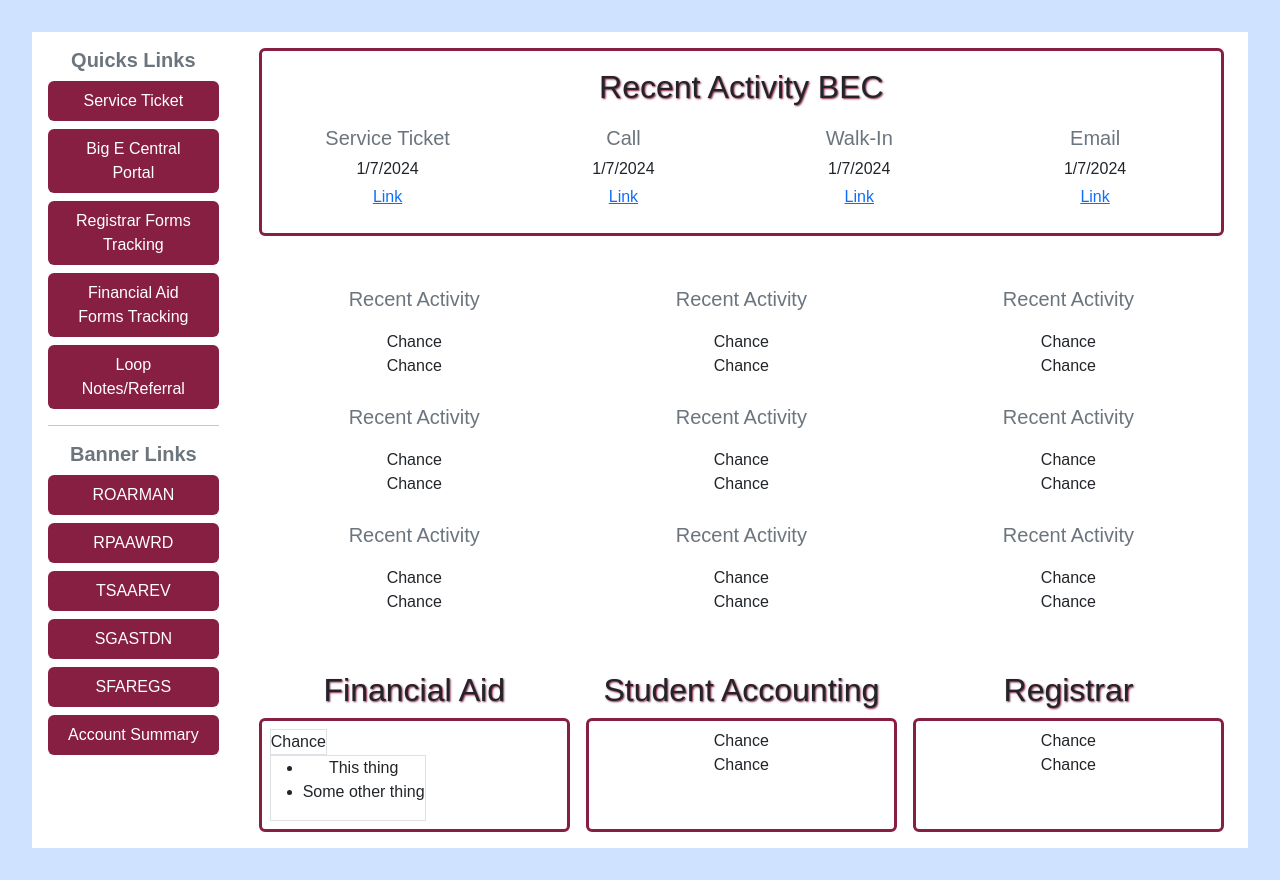
Repository: chancellor-w-whitaker/bec-tab
Page: /
An editor plug-in stored every save of this project. The page is shown before and after the next save, followed by the edit.
The browser window is 1280 px wide. The pictures show the whole page.
Some web fonts or font styles are not loaded; a fallback is used. The project was rebuilt for these pictures with package versions that can differ from the ones it lists, and the page was loaded fresh each time. Also part of the build but not shown: vite.config.js.

Above is the page before, as saved 2024-01-07 19:44:08.

### src/main.jsx
// Bootstrap Bundle JS
import "bootstrap/dist/js/bootstrap.bundle.min";
// Bootstrap CSS
import "bootstrap/dist/css/bootstrap.min.css";
import ReactDOM from "react-dom/client";
import React from "react";

import App from "./App.jsx";
import "./index.css";

ReactDOM.createRoot(document.getElementById("root")).render(
  <React.StrictMode>
    <App />
  </React.StrictMode>
);

### src/App.jsx
import { useEffect } from "react";

import "./App.css";

const genericSentences = [
  `It is a long established fact that a reader will be distracted by the readable content of a page when looking at its layout.`,
  `The point of using Lorem Ipsum is that it has a more-or-less normal distribution of letters, as opposed to using 'Content here, content here', making it look like readable English.`,
  `Many desktop publishing packages and web page editors now use Lorem Ipsum as their default model text, and a search for 'lorem ipsum' will uncover many web sites still in their infancy.`,
  `Various versions have evolved over the years, sometimes by accident, sometimes on purpose (injected humour and the like).`,
];

const ekuMaroon = "#861f41";

const ekuBorder = { border: `3px solid ${ekuMaroon}` };

const SomeBlock = ({
  paragraph = genericSentences.slice(0, 1).map((sen) => sen),
  href = "https://www.eku.edu/",
  title = "Chancellor",
  linkText = "Link",
  date,
}) => {
  return (
    <div className="p-2 d-flex flex-column gap-1 col">
      <div className="fs-5 text-secondary fw-medium">{title}</div>
      <div>{date}</div>
      <a rel="noreferrer" target="_blank" href={href}>
        {linkText}
      </a>
    </div>
  );
};

const ShadowyTitle = ({ children = "Placeholder" }) => {
  return (
    <div
      style={{ textShadow: `1px 1px 2px ${ekuMaroon}` }}
      className="fs-2 lh-sm"
    >
      {children}
    </div>
  );
};

const useBodyBgVariant = (bgVariant = "body-tertiary") => {
  useEffect(() => {
    document.body.classList.add(`bg-${bgVariant}`);

    return () => {
      document.body.classList.remove(`bg-${bgVariant}`);
    };
  }, [bgVariant]);
};

const Card = ({
  children = (
    <>
      <div>Chance</div>
      <div>Chance</div>
    </>
  ),
  title = <div className="fs-5 text-secondary fw-medium">Recent Activity</div>,
  width = 250,
  style = {},
}) => {
  return (
    <>
      <div className="d-flex flex-column gap-2 text-center" style={{ width }}>
        {title}
        <div className="p-2 rounded bg-white" style={{ ...style }}>
          {children}
        </div>
      </div>
    </>
  );
};

const NavItem = ({ href = "https://www.eku.edu/", ...rest }) => {
  return (
    <li className="nav-item">
      <a
        style={{ backgroundColor: ekuMaroon }}
        className="nav-link active"
        aria-current="page"
        rel="noreferrer"
        target="_blank"
        href={href}
        {...rest}
      ></a>
    </li>
  );
};

const Sidebar = () => {
  return (
    <>
      <div className="sidebar col-md-3 col-lg-2 p-3 bg-white">
        <div className="d-flex flex-column text-center">
          <div className="fs-5 mb-2 lh-sm fw-semibold text-secondary">
            Quicks Links
          </div>
          <ul className="nav nav-pills flex-column gap-2">
            <NavItem>Service Ticket</NavItem>
            <NavItem>Big E Central Portal</NavItem>
            <NavItem>Registrar Forms Tracking</NavItem>
            <NavItem>Financial Aid Forms Tracking</NavItem>
            <NavItem>Loop Notes/Referral</NavItem>
          </ul>
        </div>
        <hr></hr>
        <div className="d-flex flex-column text-center">
          <div className="fs-5 mb-2 lh-sm fw-semibold text-secondary">
            Banner Links
          </div>
          <ul className="nav nav-pills flex-column gap-2">
            <NavItem>ROARMAN</NavItem>
            <NavItem>RPAAWRD</NavItem>
            <NavItem>TSAAREV</NavItem>
            <NavItem>SGASTDN</NavItem>
            <NavItem>SFAREGS</NavItem>
            <NavItem>Account Summary</NavItem>
          </ul>
        </div>
      </div>
    </>
  );
};

const Main = () => {
  return (
    <>
      <div className="col-md-9 ms-sm-auto col-lg-10 px-md-4 py-3 bg-white">
        <div className="d-flex flex-column gap-5">
          {/* <div className="text-bg-light p-2"></div> */}
          {/* <Card width={"auto"}></Card> */}
          <div
            className="rounded text-center p-3 d-flex flex-column gap-2"
            style={{ ...ekuBorder }}
          >
            <ShadowyTitle>Recent Activity BEC</ShadowyTitle>
            <div className="d-flex gap-3 flex-wrap text-nowrap">
              <SomeBlock title={"Service Ticket"} date={"1/7/2024"}></SomeBlock>
              <SomeBlock date={"1/7/2024"} title={"Call"}></SomeBlock>
              <SomeBlock date={"1/7/2024"} title={"Walk-In"}></SomeBlock>
              <SomeBlock date={"1/7/2024"} title={"Email"}></SomeBlock>
            </div>
          </div>
          <div className="d-flex flex-row flex-wrap justify-content-around gap-3">
            <Card></Card>
            <Card></Card>
            <Card></Card>
            <Card></Card>
            <Card></Card>
            <Card></Card>
            <Card></Card>
            <Card></Card>
            <Card></Card>
          </div>
          <BottomRow></BottomRow>
        </div>
      </div>
    </>
  );
};

const BottomRow = () => {
  return (
    <>
      <div className="d-flex flex-row gap-3 flex-wrap">
        <div className="d-flex flex-column gap-2 text-center col">
          <div
            style={{ textShadow: "rgb(134, 31, 65) 1px 1px 2px" }}
            className="fs-2 lh-sm text-nowrap"
          >
            Financial Aid
          </div>
          <div
            className="h-100 p-2 rounded bg-white d-flex flex-column"
            style={{ border: "3px solid rgb(134, 31, 65)" }}
          >
            <div className="d-flex">
              <div className="border">Chance</div>
            </div>
            <div className="d-flex">
              <div className="border">
                <ul>
                  <li>This thing</li>
                  <li>Some other thing</li>
                </ul>
              </div>
            </div>
          </div>
        </div>
        <div className="d-flex flex-column gap-2 text-center col">
          <div
            style={{ textShadow: "rgb(134, 31, 65) 1px 1px 2px" }}
            className="fs-2 lh-sm text-nowrap"
          >
            Student Accounting
          </div>
          <div
            style={{ border: "3px solid rgb(134, 31, 65)" }}
            className="h-100 p-2 rounded bg-white"
          >
            <div>Chance</div>
            <div>Chance</div>
          </div>
        </div>
        <div className="d-flex flex-column gap-2 text-center col">
          <div
            style={{ textShadow: "rgb(134, 31, 65) 1px 1px 2px" }}
            className="fs-2 lh-sm text-nowrap"
          >
            Registrar
          </div>
          <div
            style={{ border: "3px solid rgb(134, 31, 65)" }}
            className="h-100 p-2 rounded bg-white"
          >
            <div>Chance</div>
            <div>Chance</div>
          </div>
        </div>
      </div>
    </>
  );
};

const App = () => {
  useBodyBgVariant("primary-subtle");

  return (
    <div className="container-fluid">
      <div className="row">
        <Sidebar></Sidebar>
        <Main></Main>
      </div>
    </div>
  );
};

export default App;

### src/index.css
@font-face {
  font-family: poppins;
  font-style: normal;
  font-weight: 400;
  src: local("Poppins"),
    url(https://fonts.cdnfonts.com/s/16009/Poppins-Regular.woff) format("woff");
}
@font-face {
  font-family: poppins;
  font-style: normal;
  font-weight: 400;
  src: local("Poppins"),
    url(https://fonts.cdnfonts.com/s/16009/Poppins-Regular.woff) format("woff");
}
@font-face {
  font-family: poppins;
  font-style: italic;
  font-weight: 400;
  src: local("Poppins"),
    url(https://fonts.cdnfonts.com/s/16009/Poppins-Italic.woff) format("woff");
}
@font-face {
  font-family: poppins;
  font-style: italic;
  font-weight: 400;
  src: local("Poppins"),
    url(https://fonts.cdnfonts.com/s/16009/Poppins-Italic.woff) format("woff");
}
@font-face {
  font-family: poppins;
  font-style: normal;
  font-weight: 250;
  src: local("Poppins"),
    url(https://fonts.cdnfonts.com/s/16009/Poppins-Thin.woff) format("woff");
}
@font-face {
  font-family: poppins;
  font-style: normal;
  font-weight: 250;
  src: local("Poppins"),
    url(https://fonts.cdnfonts.com/s/16009/Poppins-Thin.woff) format("woff");
}
@font-face {
  font-family: poppins;
  font-style: italic;
  font-weight: 250;
  src: local("Poppins"),
    url(https://fonts.cdnfonts.com/s/16009/Poppins-ThinItalic.woff)
      format("woff");
}
@font-face {
  font-family: poppins;
  font-style: italic;
  font-weight: 250;
  src: local("Poppins"),
    url(https://fonts.cdnfonts.com/s/16009/Poppins-ThinItalic.woff)
      format("woff");
}
@font-face {
  font-family: poppins;
  font-style: normal;
  font-weight: 275;
  src: local("Poppins"),
    url(https://fonts.cdnfonts.com/s/16009/Poppins-ExtraLight.woff)
      format("woff");
}
@font-face {
  font-family: poppins;
  font-style: normal;
  font-weight: 275;
  src: local("Poppins"),
    url(https://fonts.cdnfonts.com/s/16009/Poppins-ExtraLight.woff)
      format("woff");
}
@font-face {
  font-family: poppins;
  font-style: italic;
  font-weight: 275;
  src: local("Poppins"),
    url(https://fonts.cdnfonts.com/s/16009/Poppins-ExtraLightItalic.woff)
      format("woff");
}
@font-face {
  font-family: poppins;
  font-style: italic;
  font-weight: 275;
  src: local("Poppins"),
    url(https://fonts.cdnfonts.com/s/16009/Poppins-ExtraLightItalic.woff)
      format("woff");
}
@font-face {
  font-family: poppins;
  font-style: normal;
  font-weight: 300;
  src: local("Poppins"),
    url(https://fonts.cdnfonts.com/s/16009/Poppins-Light.woff) format("woff");
}
@font-face {
  font-family: poppins;
  font-style: normal;
  font-weight: 300;
  src: local("Poppins"),
    url(https://fonts.cdnfonts.com/s/16009/Poppins-Light.woff) format("woff");
}
@font-face {
  font-family: poppins;
  font-style: italic;
  font-weight: 300;
  src: local("Poppins"),
    url(https://fonts.cdnfonts.com/s/16009/Poppins-LightItalic.woff)
      format("woff");
}
@font-face {
  font-family: poppins;
  font-style: italic;
  font-weight: 300;
  src: local("Poppins"),
    url(https://fonts.cdnfonts.com/s/16009/Poppins-LightItalic.woff)
      format("woff");
}
@font-face {
  font-family: poppins;
  font-style: normal;
  font-weight: 500;
  src: local("Poppins"),
    url(https://fonts.cdnfonts.com/s/16009/Poppins-Medium.woff) format("woff");
}
@font-face {
  font-family: poppins;
  font-style: normal;
  font-weight: 500;
  src: local("Poppins"),
    url(https://fonts.cdnfonts.com/s/16009/Poppins-Medium.woff) format("woff");
}
@font-face {
  font-family: poppins;
  font-style: italic;
  font-weight: 500;
  src: local("Poppins"),
    url(https://fonts.cdnfonts.com/s/16009/Poppins-MediumItalic.woff)
      format("woff");
}
@font-face {
  font-family: poppins;
  font-style: italic;
  font-weight: 500;
  src: local("Poppins"),
    url(https://fonts.cdnfonts.com/s/16009/Poppins-MediumItalic.woff)
      format("woff");
}
@font-face {
  font-family: poppins;
  font-style: normal;
  font-weight: 600;
  src: local("Poppins"),
    url(https://fonts.cdnfonts.com/s/16009/Poppins-SemiBold.woff) format("woff");
}
@font-face {
  font-family: poppins;
  font-style: normal;
  font-weight: 600;
  src: local("Poppins"),
    url(https://fonts.cdnfonts.com/s/16009/Poppins-SemiBold.woff) format("woff");
}
@font-face {
  font-family: poppins;
  font-style: italic;
  font-weight: 600;
  src: local("Poppins"),
    url(https://fonts.cdnfonts.com/s/16009/Poppins-SemiBoldItalic.woff)
      format("woff");
}
@font-face {
  font-family: poppins;
  font-style: italic;
  font-weight: 600;
  src: local("Poppins"),
    url(https://fonts.cdnfonts.com/s/16009/Poppins-SemiBoldItalic.woff)
      format("woff");
}
@font-face {
  font-family: poppins;
  font-style: normal;
  font-weight: 700;
  src: local("Poppins"),
    url(https://fonts.cdnfonts.com/s/16009/Poppins-Bold.woff) format("woff");
}
@font-face {
  font-family: poppins;
  font-style: normal;
  font-weight: 700;
  src: local("Poppins"),
    url(https://fonts.cdnfonts.com/s/16009/Poppins-Bold.woff) format("woff");
}
@font-face {
  font-family: poppins;
  font-style: italic;
  font-weight: 700;
  src: local("Poppins"),
    url(https://fonts.cdnfonts.com/s/16009/Poppins-BoldItalic.woff)
      format("woff");
}
@font-face {
  font-family: poppins;
  font-style: italic;
  font-weight: 700;
  src: local("Poppins"),
    url(https://fonts.cdnfonts.com/s/16009/Poppins-BoldItalic.woff)
      format("woff");
}
@font-face {
  font-family: poppins;
  font-style: normal;
  font-weight: 800;
  src: local("Poppins"),
    url(https://fonts.cdnfonts.com/s/16009/Poppins-ExtraBold.woff)
      format("woff");
}
@font-face {
  font-family: poppins;
  font-style: normal;
  font-weight: 800;
  src: local("Poppins"),
    url(https://fonts.cdnfonts.com/s/16009/Poppins-ExtraBold.woff)
      format("woff");
}
@font-face {
  font-family: poppins;
  font-style: italic;
  font-weight: 800;
  src: local("Poppins"),
    url(https://fonts.cdnfonts.com/s/16009/Poppins-ExtraBoldItalic.woff)
      format("woff");
}
@font-face {
  font-family: poppins;
  font-style: italic;
  font-weight: 800;
  src: local("Poppins"),
    url(https://fonts.cdnfonts.com/s/16009/Poppins-ExtraBoldItalic.woff)
      format("woff");
}
@font-face {
  font-family: poppins;
  font-style: normal;
  font-weight: 900;
  src: local("Poppins"),
    url(https://fonts.cdnfonts.com/s/16009/Poppins-Black.woff) format("woff");
}
@font-face {
  font-family: poppins;
  font-style: normal;
  font-weight: 900;
  src: local("Poppins"),
    url(https://fonts.cdnfonts.com/s/16009/Poppins-Black.woff) format("woff");
}
@font-face {
  font-family: poppins;
  font-style: italic;
  font-weight: 900;
  src: local("Poppins"),
    url(https://fonts.cdnfonts.com/s/16009/Poppins-BlackItalic.woff)
      format("woff");
}
@font-face {
  font-family: poppins;
  font-style: italic;
  font-weight: 900;
  src: local("Poppins"),
    url(https://fonts.cdnfonts.com/s/16009/Poppins-BlackItalic.woff)
      format("woff");
}

:root,
[data-bs-theme="light"] {
  --bs-font-sans-serif: "Poppins", sans-serif;

  --bs-box-shadow: 0px 3px 3px -2px rgba(0, 0, 0, 0.2),
    0px 3px 4px 0px rgba(0, 0, 0, 0.14), 0px 1px 8px 0px rgba(0, 0, 0, 0.12);
  --bs-box-shadow-sm: 0px 3px 1px -2px rgba(0, 0, 0, 0.2),
    0px 2px 2px 0px rgba(0, 0, 0, 0.14), 0px 1px 5px 0px rgba(0, 0, 0, 0.12);
  --bs-box-shadow-lg: 0px 2px 4px -1px rgba(0, 0, 0, 0.2),
    0px 4px 5px 0px rgba(0, 0, 0, 0.14), 0px 1px 10px 0px rgba(0, 0, 0, 0.12);
}

Loaded but not shown: index.html (common file); src/App.css (common file)

After the next save:
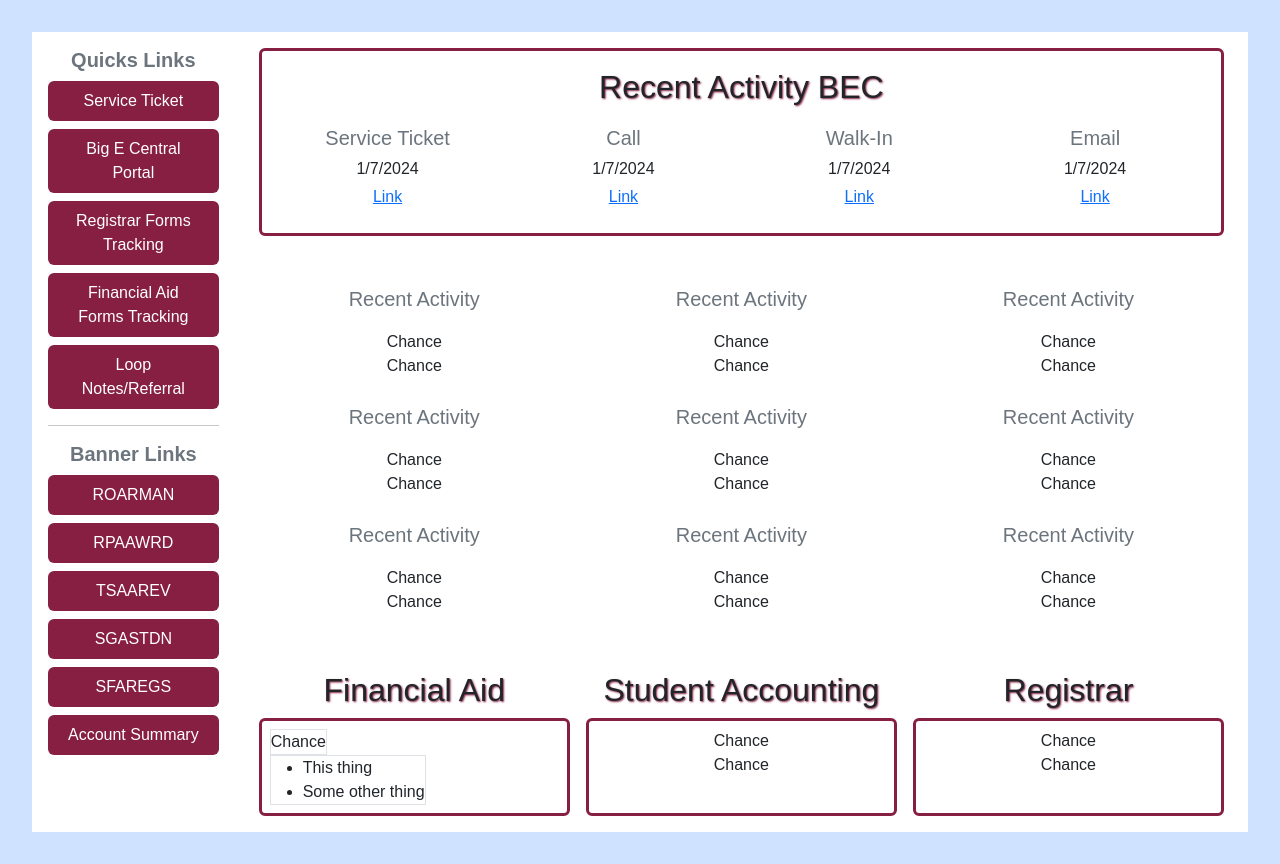
Saved 31 s later.
--- a/src/App.jsx
+++ b/src/App.jsx
@@ -182,8 +182,8 @@ const BottomRow = () => {
               <div className="border">Chance</div>
             </div>
             <div className="d-flex">
-              <div className="border">
-                <ul>
+              <div className="border text-start">
+                <ul className="mb-0">
                   <li>This thing</li>
                   <li>Some other thing</li>
                 </ul>
